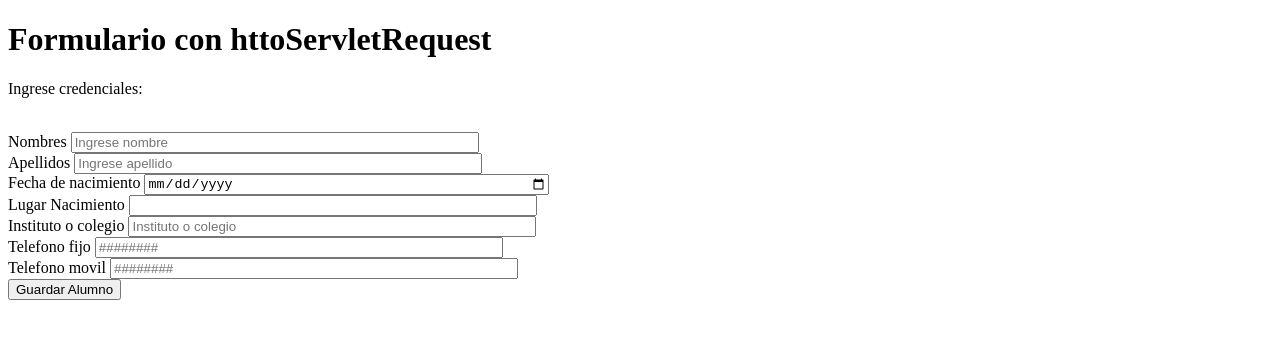
Repository: Ricardo-1998/Capas-clases
Page: http://localhost/commons/index
These files come from the project's save history. The page is drawn as it stood at one moment and after the next save; the edit follows.
The browser window is 1280 px wide. The pictures show the whole page.
The page is this project's Thymeleaf template; nobody is signed in. The template is opened directly, without the code that normally fills it, so the values that code supplies are empty.

Above is the page before, as saved 2020-04-27 16:57:27.

After the next save:
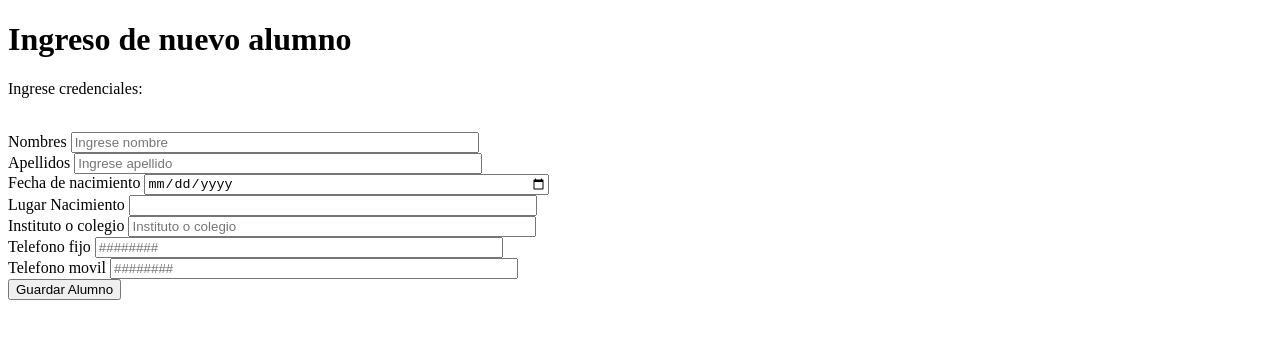
Saved 50 s later.
--- a/tarea3capas/src/main/resources/templates/commons/index.html
+++ b/tarea3capas/src/main/resources/templates/commons/index.html
@@ -5,7 +5,7 @@
 </head>
 
 <body>
-	<h1 class="mt-4">Formulario con httoServletRequest</h1>
+	<h1 class="mt-4">Ingreso de nuevo alumno</h1>
 	<div class="card mb-4">
 		<div class="card-body">
 			<p classh="mb-0">Ingrese credenciales:</p><br/>
